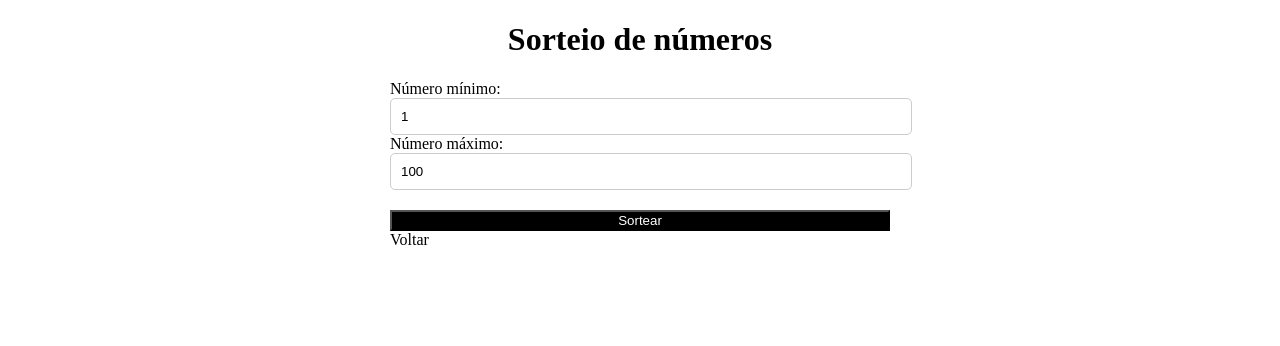
Repository: Matheus904-12/sorte
Page: sorteio-numeros.html
The author's editor kept a copy of each file at every save. The page is drawn from the files as they stood at one save, then again after the next save.
The browser window is 1280 px wide. The pictures show the whole page.

Above is the page before, as saved 2023-09-10 16:26:12.

### sorteio-numeros.html
<!DOCTYPE html>
<html lang="pt-br">
<head>
  <meta charset="UTF-8">
  <title>Sorteio de números</title>
</head>
<body>
  <div class="container">
    <h1 class="text-center">Sorteio de números</h1>
    <div class="range">
      <label for="min">Número mínimo:</label>
      <input type="number" id="min" value="1" class="form-control">
      <label for="max">Número máximo:</label>
      <input type="number" id="max" value="100" class="form-control">
    </div>
    <button id="sortear" class="btn btn-primary">Sortear</button>
    <div id="resultado" class="text-center"></div>
    <a href="index.html" class="btn btn-secondary">Voltar</a>
  </div>

  <style>
    .container {
      width: 100%;
      max-width: 500px;
      margin: 0 auto;
    }

    h1 {
      font-size: 2em;
      text-align: center;
    }

    .range {
      margin-top: 20px;
    }

    input {
      width: 100%;
      padding: 10px;
      border: 1px solid #ccc;
      border-radius: 5px;
    }

    button {
      width: 100%;
      margin-top: 20px;
      background-color: #000;
      color: #fff;
      text-decoration: none;
      cursor: pointer;
    }

    div.resultado {
      margin-top: 20px;
      text-align: center;
    }

    a {
      color: #000;
      text-decoration: none;
    }

    a:hover {
      text-decoration: underline;
    }
  </style>
  <script>
    // Função para sortear um número entre dois valores
    function sortear(min, max) {
      // Gera um número aleatório entre os dois valores
      var numero = Math.floor(Math.random() * (max - min + 1)) + min;

      // Exibe o número sorteado
      document.querySelector("#resultado").innerHTML = numero;
    }

    // Evento para o botão de sorteio
    document.querySelector("#sortear").addEventListener("click", function() {
      // Obtém os valores dos campos de entrada
      var min = parseInt(document.querySelector("#min").value);
      var max = parseInt(document.querySelector("#max").value);

      // Sorteia o número
      sortear(min, max);
    });
  </script>
</body>
</html>

After the next save:
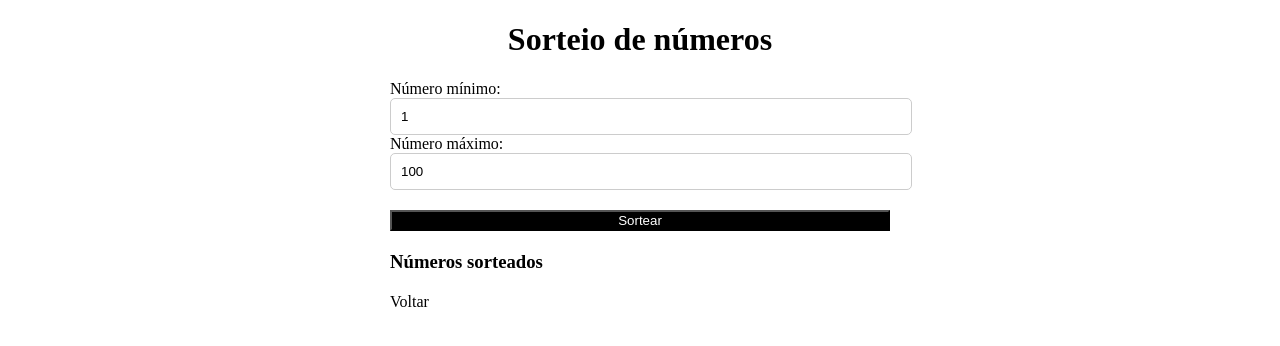
Console error: TypeError: Cannot read properties of null (reading 'addEventListener')
Saved 92 s later.
--- a/sorteio-numeros.html
+++ b/sorteio-numeros.html
@@ -15,7 +15,13 @@
     </div>
     <button id="sortear" class="btn btn-primary">Sortear</button>
     <div id="resultado" class="text-center"></div>
-    <a href="index.html" class="btn btn-secondary">Voltar</a>
+
+    <div id="sorteados" class="text-center">
+      <h3>Números sorteados</h3>
+      <ul id="lista-sorteados"></ul>
+    </div>
+
+    <a href="index.html" class="btn btn-secondary float-right">Voltar</a>
   </div>
 
   <style>
@@ -63,6 +69,27 @@
     a:hover {
       text-decoration: underline;
     }
+
+    /* Estilos para o espaço dos números sorteados */
+
+    #sorteados {
+      margin-top: 20px;
+    }
+
+    #lista-sorteados {
+      margin-bottom: 20px;
+    }
+
+    /* Estilos para o botão de voltar */
+
+    #voltar {
+      background-color: #000;
+      color: #fff;
+      border-radius: 5px;
+      border: none;
+      text-decoration: none;
+      cursor: pointer;
+    }
   </style>
   <script>
     // Função para sortear um número entre dois valores
@@ -72,6 +99,12 @@
 
       // Exibe o número sorteado
       document.querySelector("#resultado").innerHTML = numero;
+
+      // Adiciona o número sorteado à lista
+      var sorteados = document.querySelector("#lista-sorteados");
+      var li = document.createElement("li");
+      li.innerHTML = numero;
+      sorteados.appendChild(li);
     }
 
     // Evento para o botão de sorteio
@@ -83,6 +116,11 @@
       // Sorteia o número
       sortear(min, max);
     });
+
+    // Evento para o botão de voltar
+    document.querySelector("#voltar").addEventListener("click", function() {
+      location.href = "index.html";
+    });
   </script>
 </body>
 </html>
